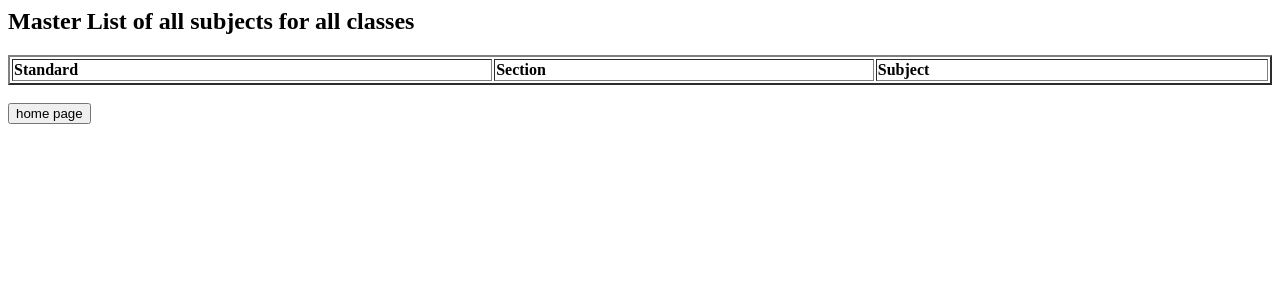
Repository: anithagnana123/Simplilearn_Phase2_project
Page: http://localhost/phase2-project/viewclasssub.jsp
An editor plug-in stored every save of this project. The page is shown before and after the next save, followed by the edit.
The browser window is 1280 px wide. The pictures show the whole page.
The page is served by Tomcat 9. Queries for data that is not in the repository find no rows.

Above is the page before, as saved 2022-10-23 15:31:29.

After the next save:
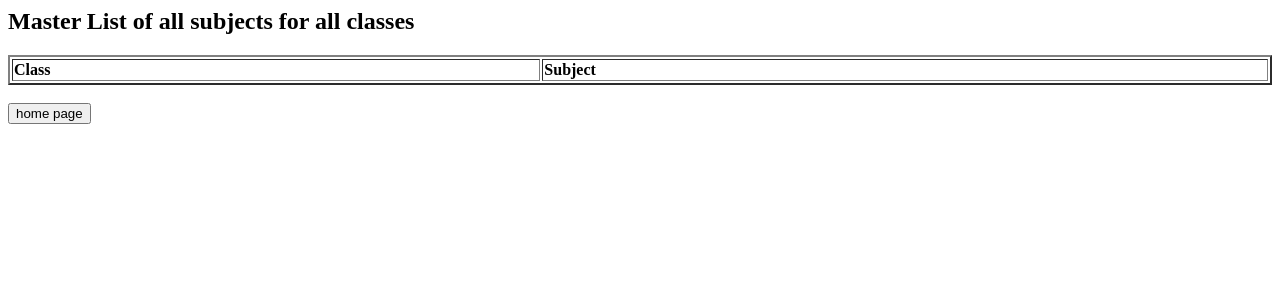
Saved 34 s later.
--- a/phase2-project/src/main/webapp/viewclasssub.jsp
+++ b/phase2-project/src/main/webapp/viewclasssub.jsp
@@ -20,14 +20,12 @@
 </sql:query>
 <table border="2" width="100%">
     <tr>
-        <td><b>Standard</b></td>
-        <td><b>Section</b></td>
+        <td><b>Class</b></td>
         <td><b>Subject</b></td>
     </tr>
 
     <c:forEach var="class_subject" items="${rs.rows}">
         <tr>
-            <td> <c:out value="${class_subject.standard}"/> </td>
             <td> <c:out value="${class_subject.class_sec}"/> </td>
             <td> <c:out value="${class_subject.subject}"/> </td>
         </tr>
